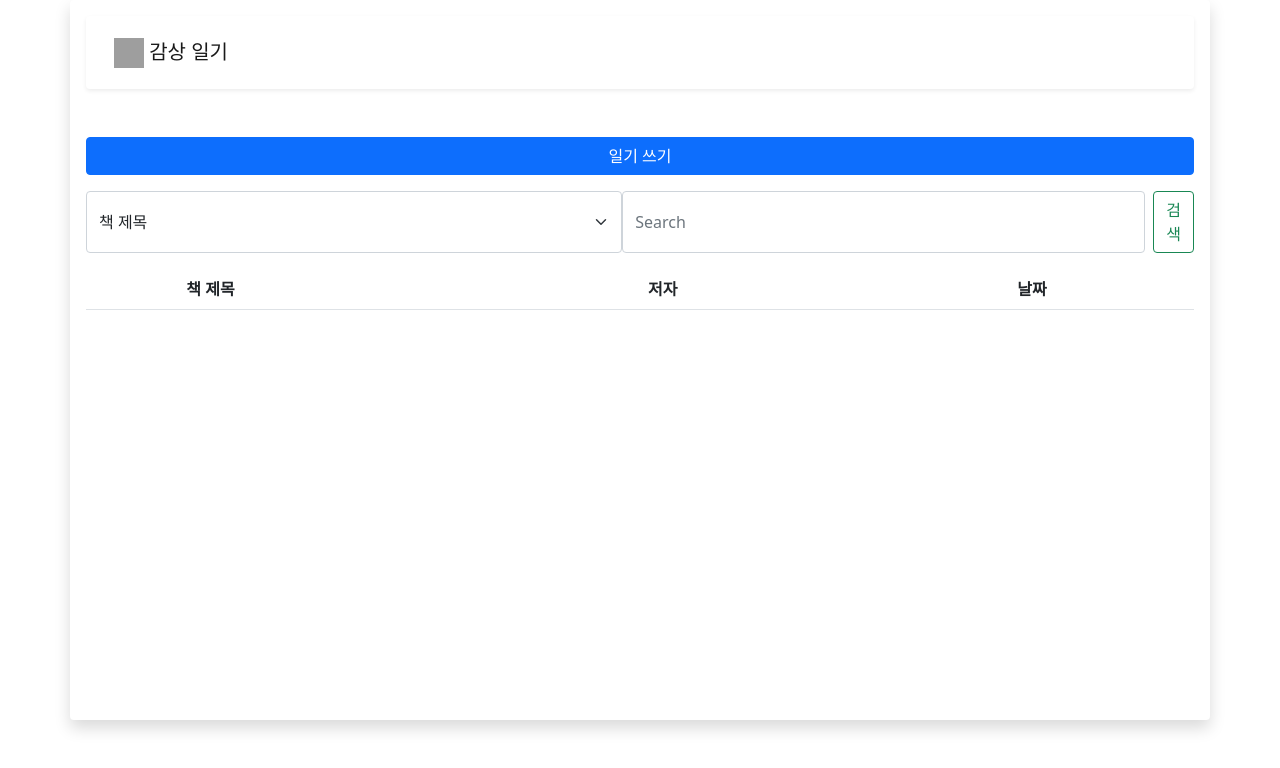
Repository: EunSung98/readMemo
Page: http://localhost/cultureMemoProject/memo/diary.jsp
An editor plug-in stored every save of this project. The page is shown before and after the next save, followed by the edit.
The browser window is 1280 px wide. The pictures show the whole page.
Pictures or frames that could not be fetched are drawn as grey boxes. The page is served by Tomcat 9. Queries for data that is not in the repository find no rows.

Above is the page before, as saved 2023-06-07 12:25:48.

After the next save:
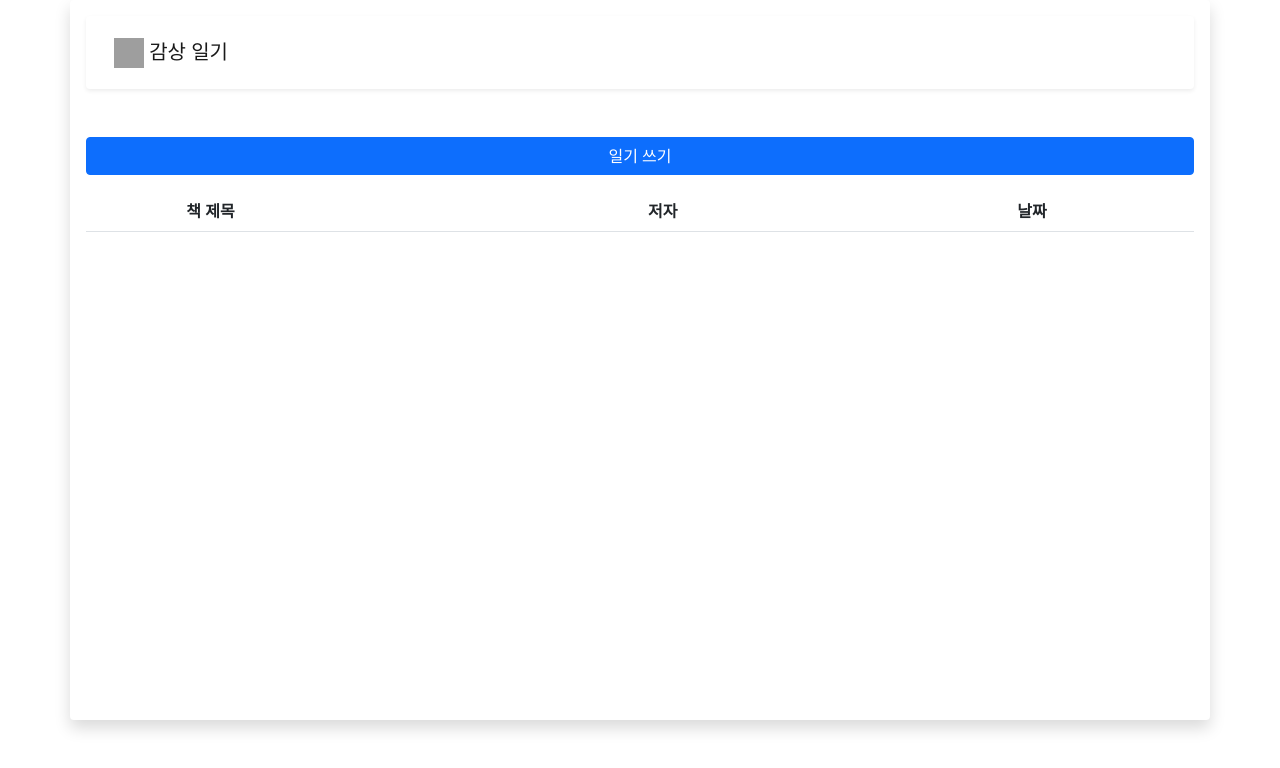
Saved 2 min 38 s later.
--- a/cultureMemoProject/src/main/webapp/memo/diary.jsp
+++ b/cultureMemoProject/src/main/webapp/memo/diary.jsp
@@ -14,17 +14,6 @@
 	<div class="d-grid mt-5">
 	  <button class="btn btn-primary " type="button" onclick="location.href='upload.jsp'">일기 쓰기</button>
 	</div>
-
-	  <form  action="search.jsp" class="mt-3 d-flex justify-content-between">
-	  		<select class="form-select " name="option" aria-label="Default select example">
-			  <option value="book" selected>책 제목</option>
-			  <option value="writer">저자명</option>
-			  <option value="recent">최신순</option>
-			  <option value="old">오래된 순</option>
-			</select>
-			<input class="form-control me-2"  name="search" type="search" placeholder="Search" aria-label="Search">
-	    	<button class="btn btn-outline-success" type="submit">검색</button>
-	  </form>
 
 	<table class="table table-striped mt-3">
 	  <thead>
